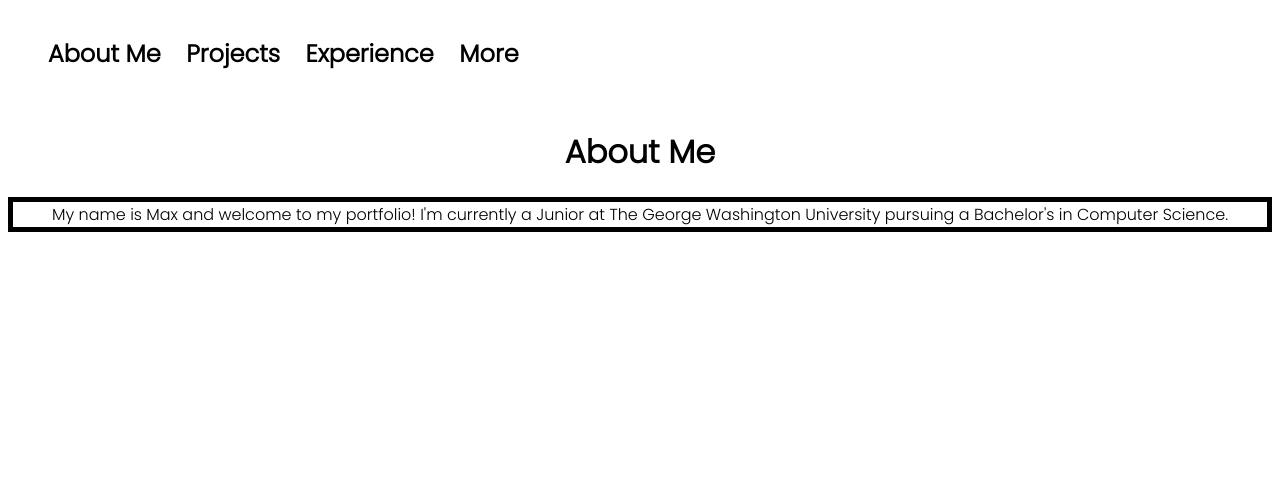
Repository: notMaximilian/maximilianaquino.github.io
Page: about.html
These files come from the project's save history. The page is drawn as it stood at one moment and after the next save; the edit follows.
The browser window is 1280 px wide. The pictures show the whole page.

Above is the page before, as saved 2022-02-10 09:45:46.

After the next save:
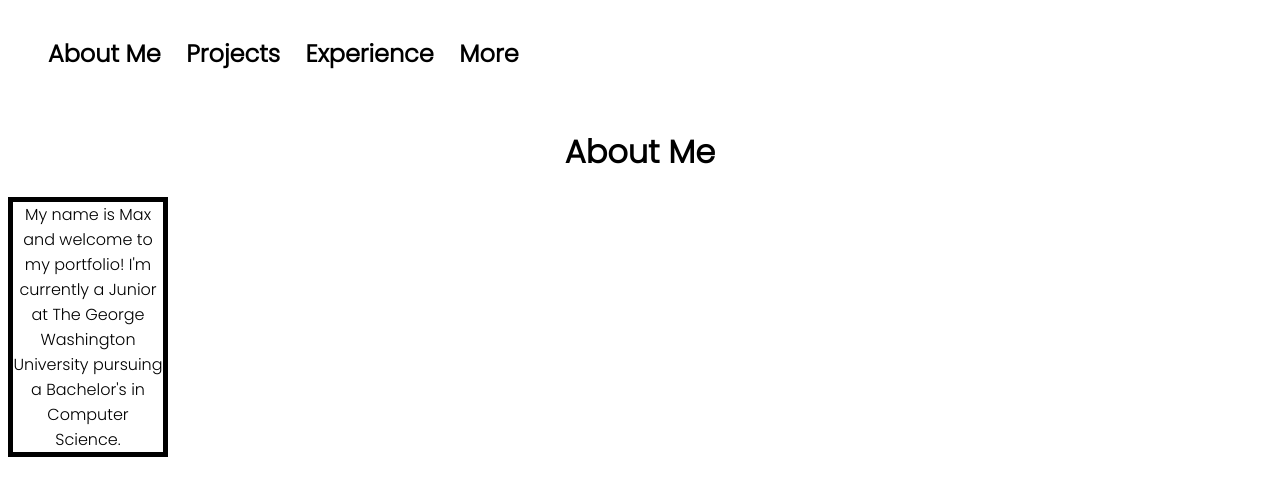
Saved 30 s later.
--- a/css/subpage.css
+++ b/css/subpage.css
@@ -37,6 +37,7 @@ h1{
 }
 
 p{
+    inline-size: 150px;
     font-family: "Poppins", sans-serif;
     text-align: center;
     border: 5px solid black;
